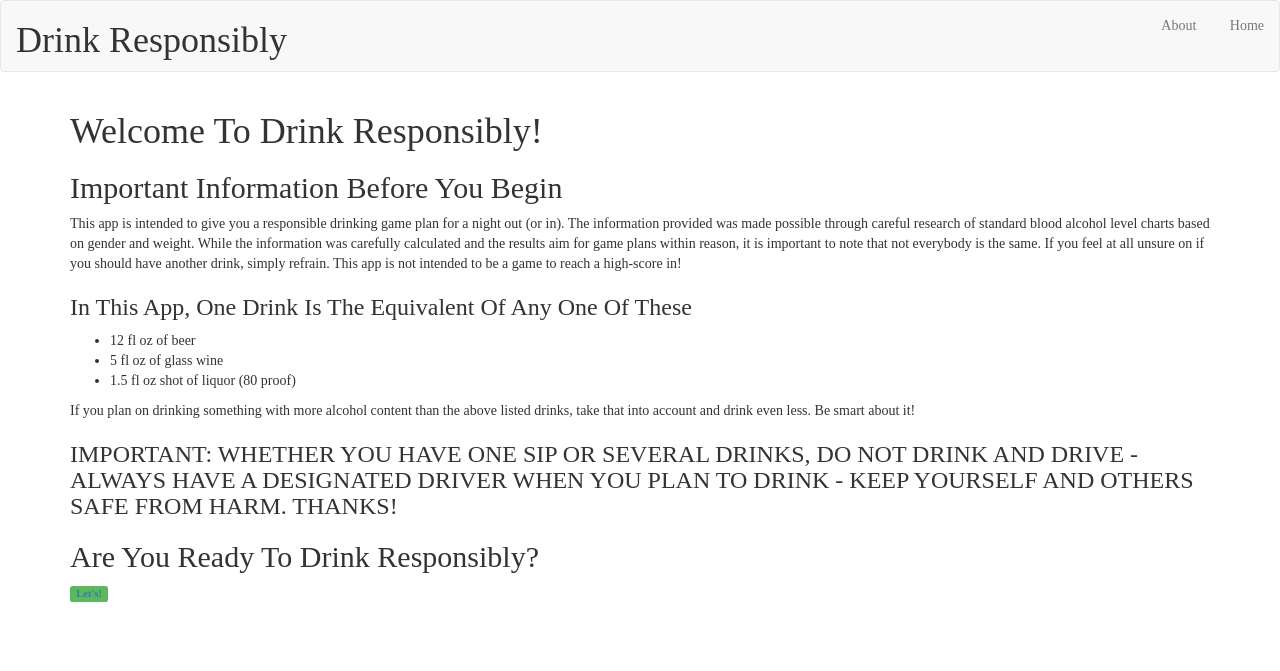
Repository: NatNat180/DrinkResponsibly
Page: http://localhost/DrinkResponsibly/
These files come from the project's save history. The page is drawn as it stood at one moment and after the next save; the edit follows.
The browser window is 1280 px wide. The pictures show the whole page.
Some web fonts or font styles are not loaded; a fallback is used. The page is served by Tomcat 9. Other server files are loaded and not shown.

Above is the page before, as saved 2016-04-07 16:36:45.

### DrinkResponsibly/WebContent/WEB-INF/about.jsp
<%@ page language="java" contentType="text/html; charset=UTF-8"
    pageEncoding="ISO-8859-1"%>
<%@ taglib prefix="c" uri="http://java.sun.com/jsp/jstl/core" %>
<!DOCTYPE html>
<html lang="eng">
<head>
<meta http-equiv="Content-Type" content="text/html; charset=UTF-8">
<link rel="stylesheet" type="text/css" href="bootstrap/css/bootstrap.css"/>
<link rel="stylesheet" type="text/css" href="css/style.css"/>
<title>What Is Drink Responsibly?</title>
</head>
<body>
<c:import url="/WEB-INF/navigation.html"/>
<section class="container">
<h1>Welcome To Drink Responsibly!</h1>
<h2>Important Information Before You Begin</h2>
	<p>This app is intended to give you a responsible drinking game plan for a night out
	(or in). The information provided was made possible through careful research of
	standard blood alcohol level charts based on gender and weight. While the
	information was carefully calculated and the results aim for game plans
	within reason, it is important to note that not everybody is the same.
	If you feel at all unsure on if you should have another drink, simply refrain.
	This app is not intended to be a game to reach a high-score in!</p>
	<h3>In This App, One Drink Is The Equivalent Of Any One Of These</h3>
		<ul>
			<li>12 fl oz of beer</li>
			<li>5 fl oz of glass wine</li>
			<li>1.5 fl oz shot of liquor (80 proof)</li>
		</ul>
	<p>If you plan on drinking something with more alcohol content than the above
	listed drinks, take that into account and drink even less. Be smart about it!</p>
	<h3>IMPORTANT: WHETHER YOU HAVE ONE SIP OR SEVERAL DRINKS, DO NOT DRINK AND DRIVE - ALWAYS HAVE A DESIGNATED DRIVER WHEN YOU PLAN TO DRINK -
	KEEP YOURSELF AND OTHERS SAFE FROM HARM. THANKS!</h3>
<h2>Are You Ready To Drink Responsibly?</h2>
	<h2 class="label label-success"><a href="form">Let's!</a></h2>
</section>
</body>
</html>

### DrinkResponsibly/WebContent/WEB-INF/navigation.html
<nav class="navbar navbar-default" role="navigation">
	<div class="container-fluid">
		<div class="navbar-header">
		  <h1  class="nav-title">Drink Responsibly</h1>
		</div>
		<ul class="nav navbar-nav navbar-right">
			<li id="right"><a href="">&nbsp;About</a>
			<li id="right"><a href="form">&nbsp;Home</a>
		</ul>
	</div>
	</nav>
	<!--<nav class="nav-tabs" role="navigation">
	<h1  class="nav-title">Drink Responsibly</h1>
		<ul class="nav navbar-nav navbar-right">
			<li id="right"><a href="">&nbsp;About</a>
			<li id="right"><a href="form">&nbsp;Home</a>
		</ul>
	</nav>-->

### DrinkResponsibly/src/com/application/Home.java
package com.application;

import java.io.IOException;
import javax.servlet.ServletException;
import javax.servlet.annotation.WebServlet;
import javax.servlet.http.HttpServlet;
import javax.servlet.http.HttpServletRequest;
import javax.servlet.http.HttpServletResponse;

@WebServlet("")
public class Home extends HttpServlet {
	private static final long serialVersionUID = 1L;

    public Home() {
        super();

    }

	protected void doPost(HttpServletRequest request, HttpServletResponse response) throws ServletException, IOException {

		doGet(request, response);
	}

	protected void doGet(HttpServletRequest request, HttpServletResponse response) throws ServletException, IOException {

			request.getServletContext().getRequestDispatcher("/WEB-INF/about.jsp").forward(request, response);

	}

}

### DrinkResponsibly/WebContent/css/style.css
@import url(https://fonts.googleapis.com/css?family=Fjalla+One|Poiret+One|Bitter|Arvo|Amatic+SC:400,700);

/*
font-family: 'Fjalla One', sans-serif;
font-family: 'Poiret One', cursive;
font-family: 'Bitter', serif;
font-family: 'Arvo', serif;
font-family: 'Amatic SC', cursive;
*/

h1 {font-family: 'Poiret One', cursive;}
body {font-family: 'Arvo', serif;}
.center-text {text-align:center;}

a:hover{
	text-decoration: none;
}

form p {
	margin-top: 5px;
	margin-bottom: 5px;
}

Loaded but not shown: DrinkResponsibly/WebContent/bootstrap/css/bootstrap.css (library)

After the next save:
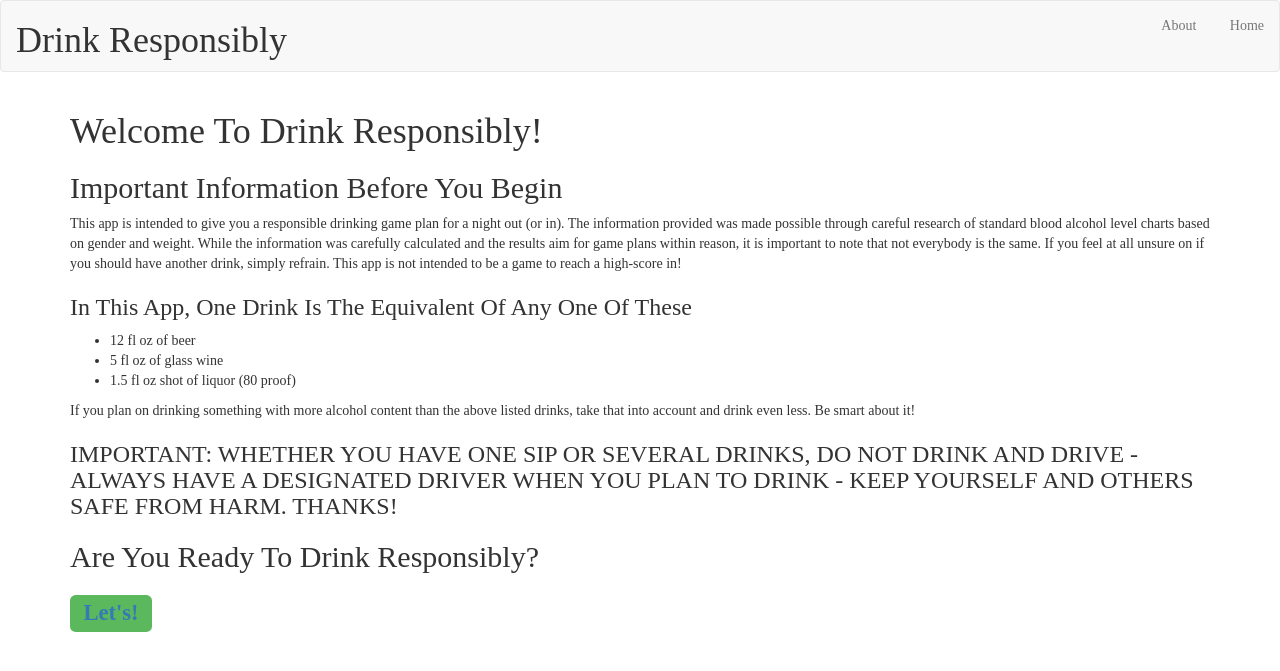
Saved 44 s later.
--- a/DrinkResponsibly/WebContent/WEB-INF/about.jsp
+++ b/DrinkResponsibly/WebContent/WEB-INF/about.jsp
@@ -32,7 +32,7 @@
 	<h3>IMPORTANT: WHETHER YOU HAVE ONE SIP OR SEVERAL DRINKS, DO NOT DRINK AND DRIVE - ALWAYS HAVE A DESIGNATED DRIVER WHEN YOU PLAN TO DRINK -
 	KEEP YOURSELF AND OTHERS SAFE FROM HARM. THANKS!</h3>
 <h2>Are You Ready To Drink Responsibly?</h2>
-	<h2 class="label label-success"><a href="form">Let's!</a></h2>
+	<h2><span class="label label-success"><a href="form">Let's!</a></span></h2>
 </section>
 </body>
 </html>
